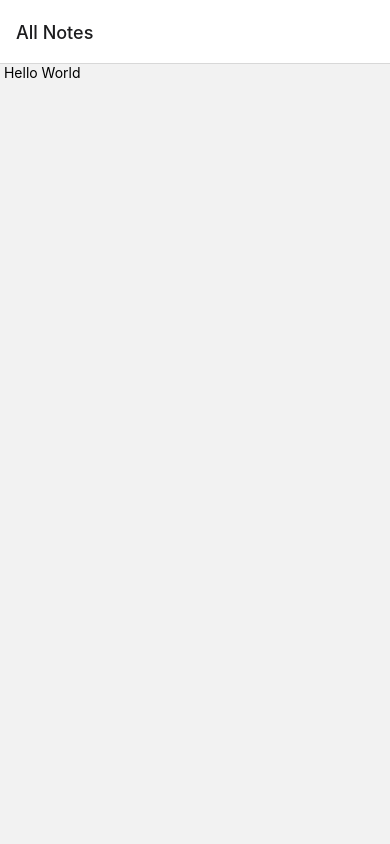
Repository: awarbler/reactNotesApp
Screen: / (app in reactNoteApp/)
These files come from the project's save history. The screen is drawn as it stood at one moment and after the next save; the edit follows.
The app was drawn by React Native's web renderer in a window 390 px wide. The project was rebuilt for these pictures with package versions that can differ from the ones it lists, and the page was loaded fresh each time.

Above is the screen before, as saved 2022-05-19 17:05:35.

### reactNoteApp/App.js
import AppState from './src/AppState/AppState';

export default function App() {
    return <AppState/>;

}

### reactNoteApp/src/AppState/AppState.js
import React, {useState, useEffect} from 'react';
import {Text} from 'react-native';
import AppNavigation from '../AppNavigation/AppNavigation';

export default function AppState(){
    const[allNotes, setAllNotes] = useState([{noteId: 1, noteTitle: 'First Idea', noteText: 'This is first note'}, {noteId: 2, noteTitle: 'Second Idea', noteText:'Second note'}]);
    const[note, setNotes] = useState({});

    const AppState = {
        allNotes,
        setAllNotes,
        note,
        setNotes
    };
    return <AppNavigation AppState={AppState}/>
}

### reactNoteApp/src/AppNavigation/AppNavigation.js
import * as React from 'react';
import { NavigationContainer } from '@react-navigation/native';
import { createNativeStackNavigator } from '@react-navigation/native-stack';

import Home from '/Users/awarbler/Desktop/SCHOOL/CSE 310 /reactNotesApp/reactNoteApp/src/screens/Home/Home.js';

const Stack = createNativeStackNavigator();

export default function AppNavigation(AppState){
    return (
      <NavigationContainer>
      <Stack.Navigator>

      <Stack.Screen name="All Notes" >
        {props => <Home {...props} AppState={AppState} />}
      </Stack.Screen>

      </Stack.Navigator>
    </NavigationContainer>

      );
}

### reactNoteApp/src/screens/Home/Home.js
import React, {useState, useEffect} from 'react';
import { StyleSheet, Text, View } from 'react-native';

export default function Home(){
    return (
        <Text> Hello World </Text>
    );
}

After the next save:
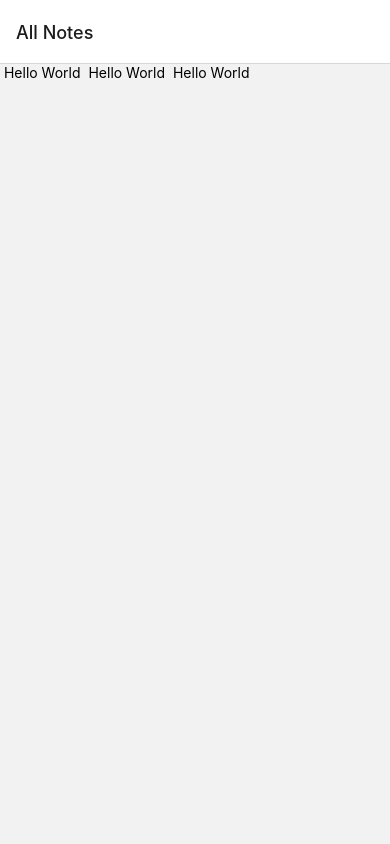
Saved 2 min 9 s later.
--- a/reactNoteApp/src/screens/Home/Home.js
+++ b/reactNoteApp/src/screens/Home/Home.js
@@ -3,6 +3,17 @@ import { StyleSheet, Text, View } from 'react-native';
 
 export default function Home(){
     return (
+        <view>
         <Text> Hello World </Text>
+
+        <Text> Hello World </Text>
+
+        <Text> Hello World </Text>
+        </view>
     );
 }
+const style = StyleSheet.create({
+    screen:{
+
+    }
+})
